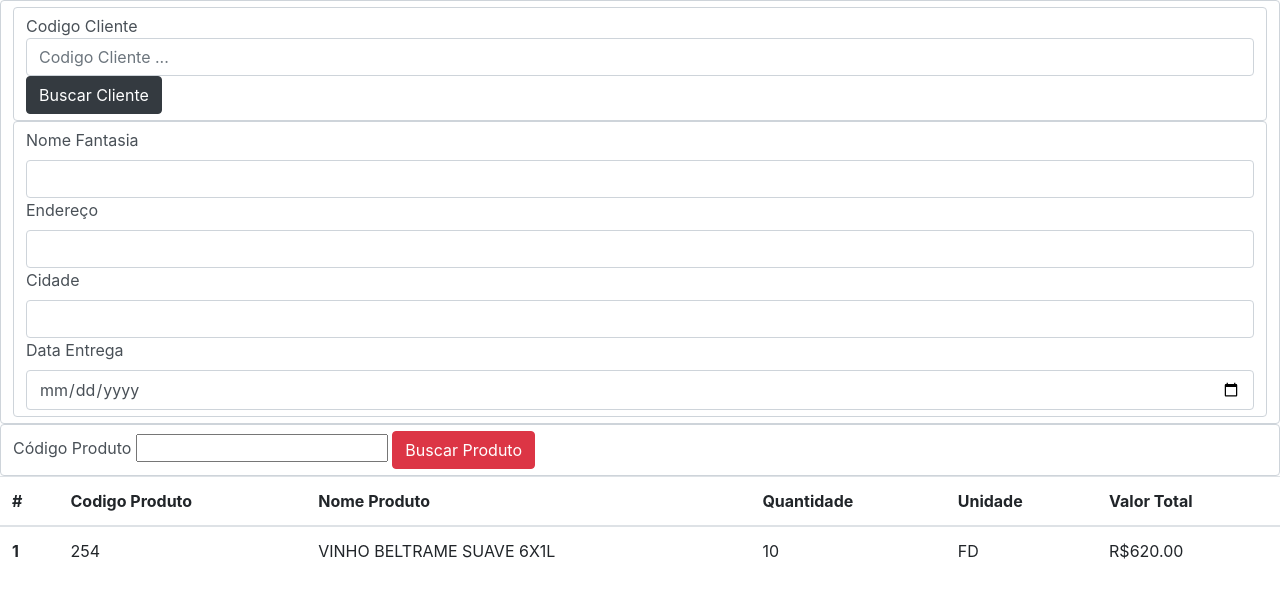
Repository: RobertoAntunes35/controle-estoque
Page: backend/templates/paginaGeracaoPedidos.html
These files come from the project's save history. The page is drawn as it stood at one moment and after the next save; the edit follows.
The browser window is 1280 px wide. The pictures show the whole page.
Some web libraries are served in a nearby version. The template is drawn by Flask 3. The application's start-up code is not run. The template is opened directly, without the code that normally fills it, so the values that code supplies are empty.

Above is the page before, as saved 2023-06-06 10:44:34.

After the next save:
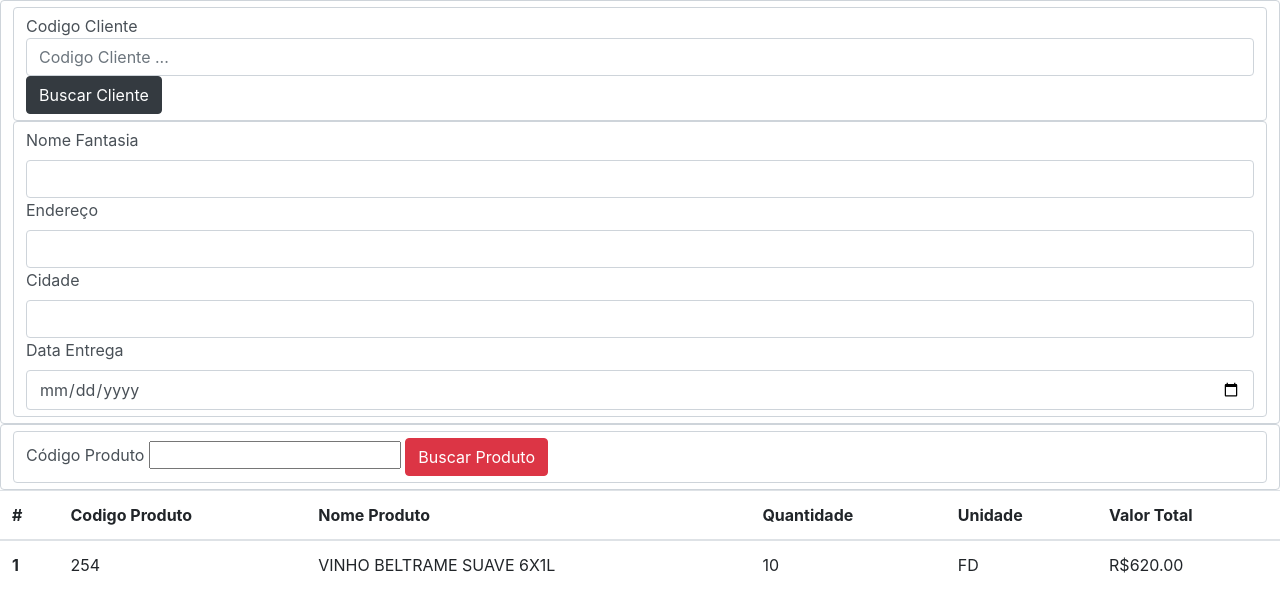
Saved 24 s later.
--- a/backend/templates/paginaGeracaoPedidos.html
+++ b/backend/templates/paginaGeracaoPedidos.html
@@ -28,10 +28,14 @@
             </div>
             <div class="produtos">
                 <div class="busca-produtos form-control">
-                    <label for="">Código Produto</label>
-                    <input type="text" name="codigoProduto" id="codigoProduto">
-                    <button class="btn btn-danger" id="btnBuscaProduto" name="btnBuscaProduto">Buscar Produto</button>
+                    <div class="busca form-control">
+                        <label for="">Código Produto</label>
+                        <input type="text" name="codigoProduto" id="codigoProduto">
+                        <button class="btn btn-danger" id="btnBuscaProduto" name="btnBuscaProduto">Buscar Produto</button>
+
+                    </div>
                 </div>
+
 
                 <table class="table">
                     <thead>
